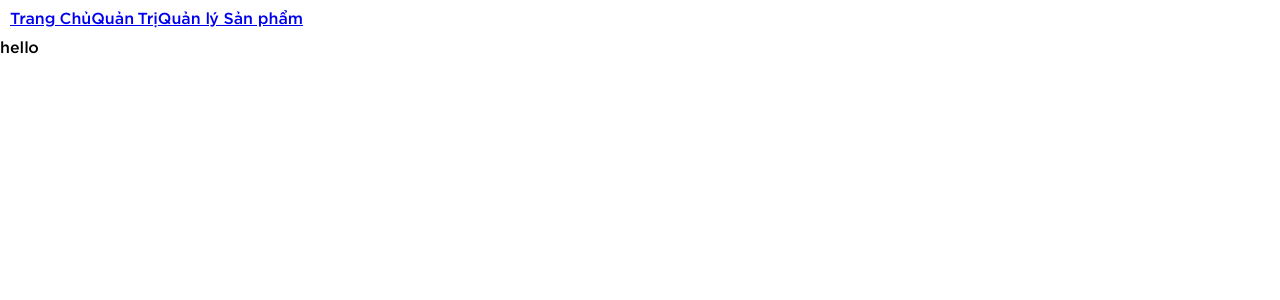
Repository: LDDUNG2003/prj_2
Page: /adminLocal
These files come from the project's save history. The page is drawn as it stood at one moment and after the next save; the edit follows.
The browser window is 1280 px wide. The pictures show the whole page.
The project was rebuilt for these pictures with package versions that can differ from the ones it lists, and the page was loaded fresh each time. Also part of the build but not shown: src/layouts/header/itemsHeader/index.js, src/layouts/header/loginHeader/index.js, src/layouts/header/index.js, src/layouts/footer/index.js, src/layouts/defaultLayout/index.js, src/font-awesome/index.js, src/pages/home/setProductSlick/index.js, src/pages/home/index.js and 9 more.

Above is the page before, as saved 2023-10-02 15:13:22.

After the next save:
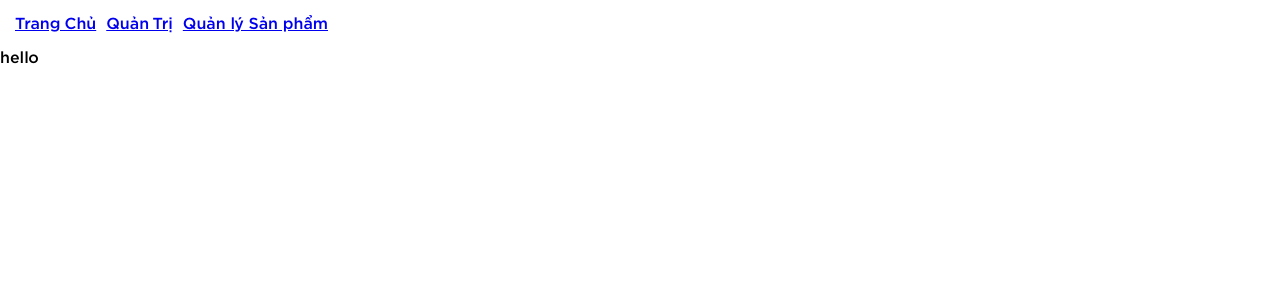
Saved 27 s later.
--- a/src/layouts/AdminLayout/styles/index.css
+++ b/src/layouts/AdminLayout/styles/index.css
@@ -3,3 +3,7 @@
     padding: 10px;
     list-style: none;
 }
+
+.Admin-item {
+    padding: 5px;
+}
